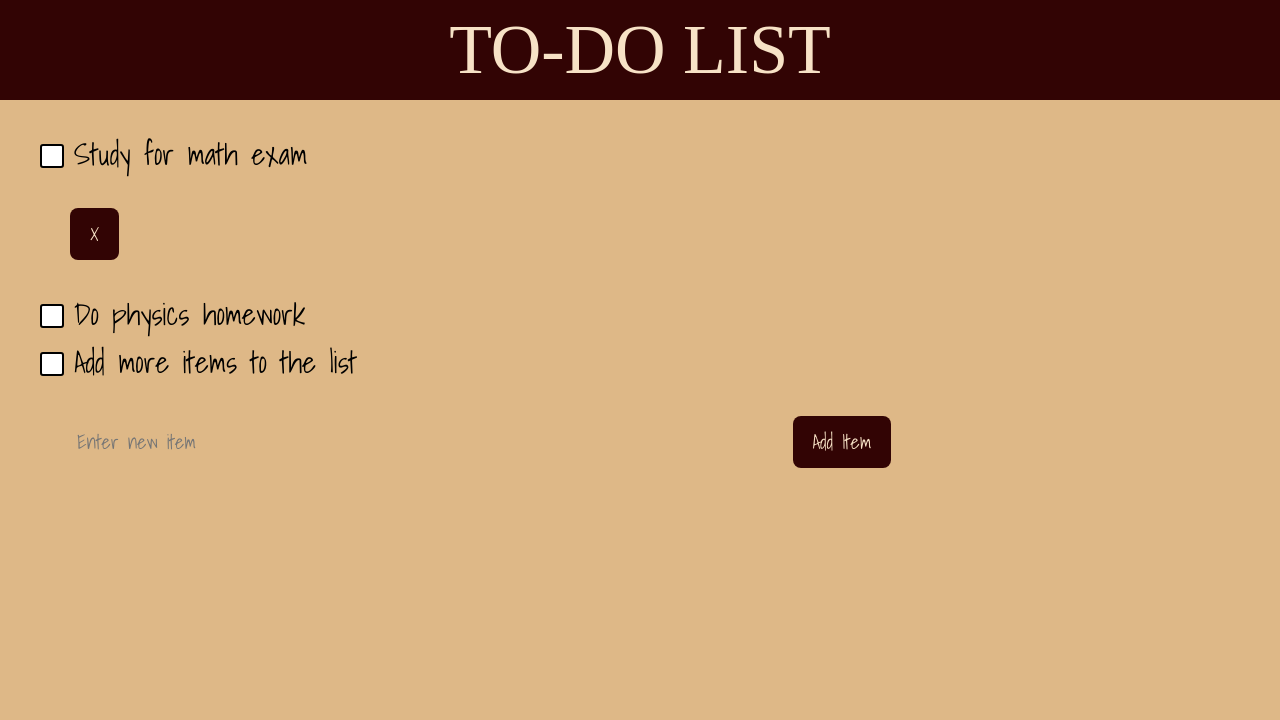
Repository: riya10483/pomodoro
Page: todo.html
The author's editor kept a copy of each file at every save. The page is drawn from the files as they stood at one save, then again after a run of saves.
The browser window is 1280 px wide. The pictures show the whole page.
Some web fonts or font styles are not loaded; a fallback is used.

Above is the page before, as saved 2024-09-29 07:21:10.
Console error: TypeError: Cannot set properties of null (setting 'innerHTML')

After the next 2 saves:
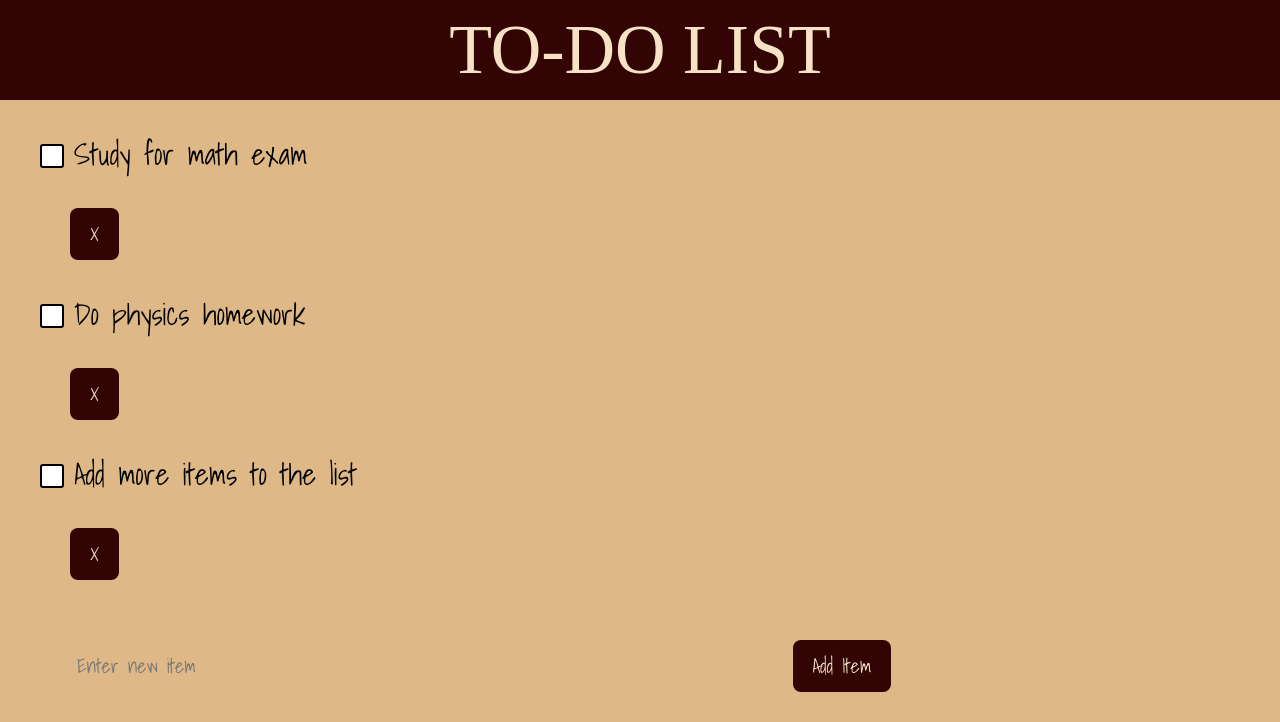
The 2 saves are shown as one change because they came seconds apart.
The last was saved 16 s later.
--- a/todo.html
+++ b/todo.html
@@ -21,7 +21,9 @@
         <li><input type="checkbox" id="item1"><label for="item1">Study for math exam</label></li>
         <button class="close">X</button>
         <li><input type="checkbox" id="item2"><label for="item2">Do physics homework</label></li>
+        <button class="close">X</button>
         <li><input type="checkbox" id="item3"><label for="item3">Add more items to the list</label></li>
+        <button class="close">X</button>
     </ul>
 
     <input type="text" id="newItemText" placeholder="Enter new item">
